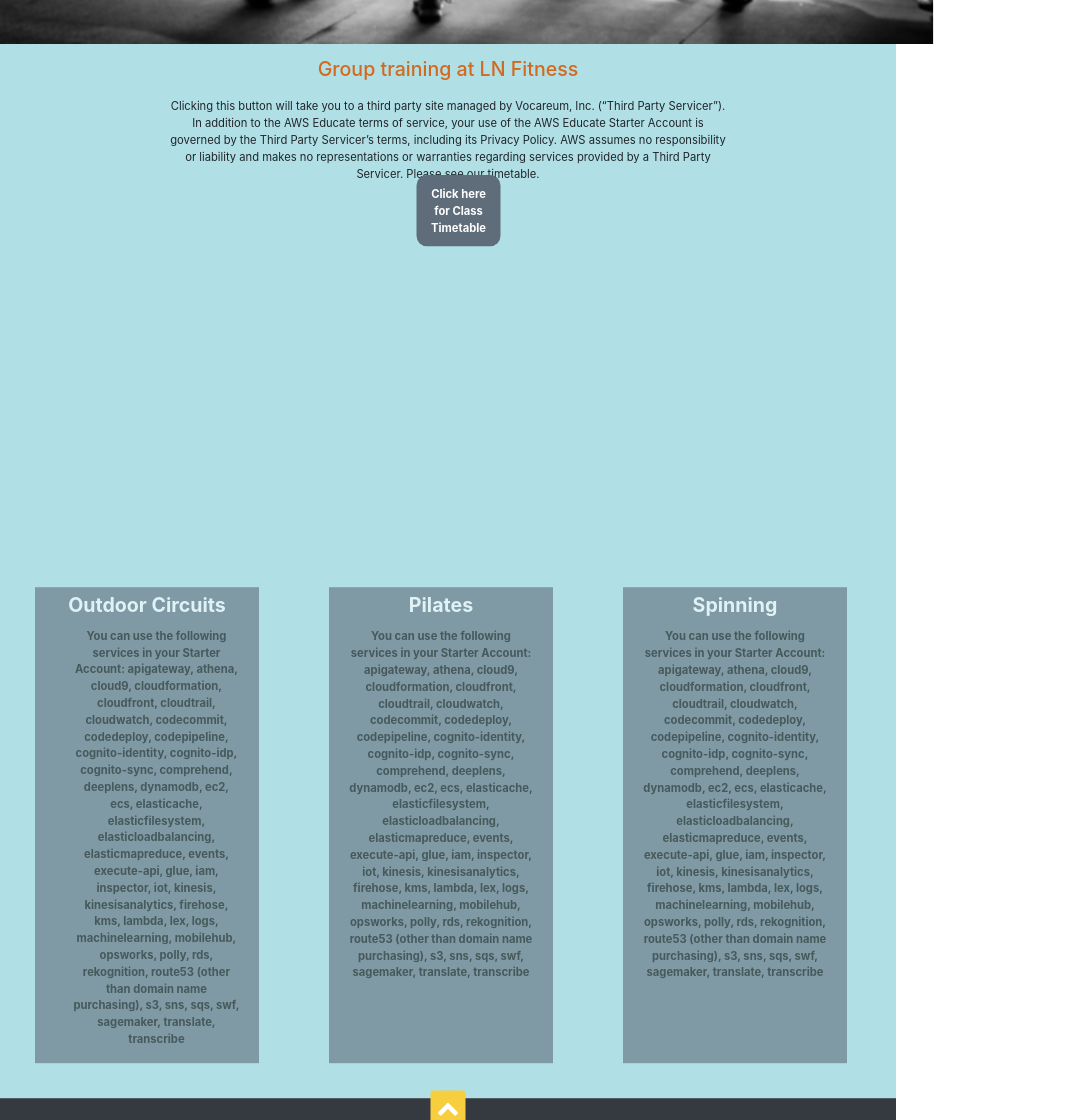
Repository: murphya14/Fitness-webpage
Page: group-training.html
The author's editor kept a record of every edit. The page is drawn from the files as they stood at one moment, then again after the next edit.
The browser window is 1280 px wide. The page is 1521 px wide, so the pictures cover 1521 px, including what lies to the right of the window. The pictures show the part of the page from y = 817 to 2417 px (the page is 2551 px tall before and 2503 px after), at 70% of full size.
Pictures or frames that could not be fetched are drawn as grey boxes.

Above is the page before.

### group-training.html
<!DOCTYPE html>
<html lang="en">

<head>
  <meta charset="UTF-8">
  <meta name="viewport" content="width=device-width, initial-scale=1.0">
  <meta http-equiv="X-UA-Compatible" content="ie=edge">
  <link rel="stylesheet" href="assets/css/style.css" />
  <link rel="stylesheet" href="https://stackpath.bootstrapcdn.com/bootstrap/4.3.1/css/bootstrap.min.css" <link rel="stylesheet" href="https://stackpath.bootstrapcdn.com/font-awesome/4.7.0/css/font-awesome.min.css" type="text/css" />
  <link rel="shortcut icon" type="image/x-icon" href="assets/favicon.ico">
  <link rel="stylesheet" href="https://cdnjs.cloudflare.com/ajax/libs/font-awesome/4.7.0/css/font-awesome.min.css">
  <link rel="stylesheet" type="text/css" href="//fonts.googleapis.com/css?family=Dancing+Script" />
  <title>Home</title>
</head>

<body>



  <header>
    <!-- Logo and Nav bar-->
    <!-- Used help from Stack overflow: https://stackoverflow.com/questions/23949804/how-to-change-link-color-bootstrap-->


    <nav class=" container-fliud navbar navbar-expand-lg navbar-custom  fixed-top navbar-light topnav">
      <div><a class="logo " href="index.html">
          <img src="assets/images/logo.png" alt="logo">
        </a></div>


      <div>
        <div>
          <ul class="nav justify-content-center container-fluid">

            <li class="nav-item">
              <a class="nav-link" href="index.html">Home</a>
            </li>
            <li class="nav-item ">
              <a class="nav-link" href="about.html">About</a>
            </li>
            <li class="nav-item  ">
              <a class="nav-link" href="personal-training.html">Personal Training</a>
              <li class="nav-item ">
                <a class="nav-link" id="active" href="group-training.html">Group Training</a>
              </li>
              <li class="nav-item ">
                <a class="nav-link" href="bookings.html">Bookings</a>
              </li>
              <li class="nav-item ">
                <a class="nav-link" href="get-in-touch.html">Get in Touch</a>
              </li>
          </ul>

        </div>
        <!-- Select menu for Nav bar for smaller devices-->

        <select id="select">
    <option value="index.html" >Home</div>
    <option value="about.html" >About</option>
    <option value="personal-training.html">Personal Training</option>
    <option value="group-training" selected="selected">Group Training</option>
    <option value="get-in-touch">Get in Touch</option>
  </select>

        <!-- Social links-->

        <div class="row no-gutters">
          <div class="col">

            <div class="nav-link">

              <ul class="list-inline social-links">
                <li class="list-inline-item">
                  <a target="_blank" href="#">
                            <i class="fa fa-facebook" aria-hidden="true"></i>
                            <span class="sr-only">Facebook</span>
                        </a>
                </li>
                <li class="list-inline-item">
                  <a target="_blank" href="#">
                            <i class="fa fa-twitter" aria-hidden="true"></i>
                            <span class="sr-only">Twitter</span>
                        </a>
                </li>


                <li class="list-inline-item">
                  <a target="_blank" href="#">
                            <i class="fa fa-instagram" aria-hidden="true"></i>
                            <span class="sr-only">Instagram</span>
                        </a>
                </li>

              </ul>
            </div>
          </div>
        </div>

    </nav>


  </header>

  <!-- Container for main image -->

  <div class="cotainer-fluid">
    <section class="section">



      <div class="row main-image">

        <div class="col-md-12 col-sm-3 image-about">
          <img src="assets/images/group.jpg" alt="Group Fitness">

          <h2 class="image-text">LN Fitness</h2>
        </div>
      </div>
  </div>
</div>
  <!-- Content for section -->

  <div class="container-fluid section">
    <div class="row">
      <div class="col-md-12 col-sm-12">
        <h3 class="section-heading">Group training at LN Fitness</h3>
        <p class="col-md-8 section-p-about">Clicking this button will take you to a third party site managed by Vocareum, Inc. (“Third Party Servicer”). In addition to the AWS Educate terms of service, your use of the AWS Educate Starter Account is governed by the Third Party Servicer’s
          terms, including its Privacy Policy. AWS assumes no responsibility or liability and makes no representations or warranties regarding services provided by a Third Party Servicer.</a>
          Please see our timetable.</p>

          <div class="row">
          <a href="newsletter_01.pdf" target="_blank" class="free-link section-link timetable-link">Click here for Class Timetable</a></div>
      </div>


<div class="row">
  <div class="col-md-12">
      <iframe src="https://player.vimeo.com/video/229291915" width="640" height="360" frameborder="0" allow="autoplay; fullscreen" allowfullscreen></iframe>
       </div>
</div>
    </div>

    <div class="row">


      <div class="transbox col-md-3 col-sm-12">
        <h3 class="box-heading"> Outdoor Circuits</h3>
        <div class="container">
          <p class="col-md-12 col-sm-12">You can use the following services in your Starter Account: apigateway, athena, cloud9, cloudformation, cloudfront, cloudtrail, cloudwatch, codecommit, codedeploy, codepipeline, cognito-identity, cognito-idp, cognito-sync, comprehend, deeplens,
            dynamodb, ec2, ecs, elasticache, elasticfilesystem, elasticloadbalancing, elasticmapreduce, events, execute-api, glue, iam, inspector, iot, kinesis, kinesisanalytics, firehose, kms, lambda, lex, logs, machinelearning, mobilehub, opsworks,
            polly, rds, rekognition, route53 (other than domain name purchasing), s3, sns, sqs, swf, sagemaker, translate, transcribe</p>
        </div>
      </div>





      <div class="transbox col-md-3 col-sm-12">
        <h3 class="box-heading"> Pilates</h3>
        <p>You can use the following services in your Starter Account: apigateway, athena, cloud9, cloudformation, cloudfront, cloudtrail, cloudwatch, codecommit, codedeploy, codepipeline, cognito-identity, cognito-idp, cognito-sync, comprehend, deeplens,
          dynamodb, ec2, ecs, elasticache, elasticfilesystem, elasticloadbalancing, elasticmapreduce, events, execute-api, glue, iam, inspector, iot, kinesis, kinesisanalytics, firehose, kms, lambda, lex, logs, machinelearning, mobilehub, opsworks, polly,
          rds, rekognition, route53 (other than domain name purchasing), s3, sns, sqs, swf, sagemaker, translate, transcribe</p>
      </div>

      <div class="transbox col-md-3 col-sm-12">
        <h3 class="box-heading"> Spinning</h3>
        <p>You can use the following services in your Starter Account: apigateway, athena, cloud9, cloudformation, cloudfront, cloudtrail, cloudwatch, codecommit, codedeploy, codepipeline, cognito-identity, cognito-idp, cognito-sync, comprehend, deeplens,
          dynamodb, ec2, ecs, elasticache, elasticfilesystem, elasticloadbalancing, elasticmapreduce, events, execute-api, glue, iam, inspector, iot, kinesis, kinesisanalytics, firehose, kms, lambda, lex, logs, machinelearning, mobilehub, opsworks, polly,
          rds, rekognition, route53 (other than domain name purchasing), s3, sns, sqs, swf, sagemaker, translate, transcribe</p>
      </div>


    </div>

  </div>




  </div>
  </div>
  </section>
  </div>




  <!-- footer-->

  <footer id="footer" class="container-fluid py-4 bg-dark text-white-50">
    <div class="row">

      <div class="col-sm-4 text-footer">
        <small>2019 Copyright &copy; AM</small></div>

      <div class="col-sm-4 "><a id="button"></a></div>


      <div class="col-sm-4">

        <!-- footer social media links-->
        <div class="footer-link">
          <h5 class="uppercase general-sub">Connect</h5>
          <ul class="list-inline social-links">
            <li class="list-inline-item">
              <a target="_blank" href="#">
                            <i class="fa fa-facebook" aria-hidden="true"></i>
                            <span class="sr-only">Facebook</span>
                        </a>
            </li>
            <li class="list-inline-item">
              <a target="_blank" href="#">
                            <i class="fa fa-twitter" aria-hidden="true"></i>
                            <span class="sr-only">Twitter</span>
                        </a>
            </li>


            <li class="list-inline-item">
              <a target="_blank" href="#">
                            <i class="fa fa-instagram" aria-hidden="true"></i>
                            <span class="sr-only">Instagram</span>
                        </a>
            </li>

          </ul>
        </div>

      </div>

  </footer>


  <!--------------Back to top button created with help from https://www.templatemonster.com/blog/back-to-top-button-css-jquery/--->
  <script src="https://code.jquery.com/jquery-3.4.1.slim.min.js"></script>
  <script src="https://cdnjs.cloudflare.com/ajax/libs/popper.js/1.15.0/umd/popper.min.js"></script>
  <script src="https://stackpath.bootstrapcdn.com/bootstrap/4.3.1/js/bootstrap.min.js"></script>


  <script>
    jQuery(document).ready(function() {

      var btn = $('#button');

      $(window).scroll(function() {
        if ($(window).scrollTop() > 300) {
          btn.addClass('show');
        }
        else {
          btn.removeClass('show');
        }
      });

      btn.on('click', function(e) {
        e.preventDefault();
        $('html, body').animate({ scrollTop: 0 }, '300');
      });

    });
  </script>




</body>

</html>

### assets/css/style.css
/*----------------------------------------------- Colours*/

.nav-link {
    color: #00ccff;
}

#active {
    color: #5F6C7A;
}

.navbar {
    background:#f7ce3e ;

}


li a:hover {
    color: #f7ce3e;
}

/*--------------------------------------------- General*/

body {font-size: 17px;
    font-family: "arial", sans-serif;
    margin: 0; padding: 0; overflow-x:hidden;
}

.center {
  display: block;
  margin-left: auto;
  margin-right: auto;
  width: 50%;
}


.inline-block {
    display: inline-block;
}







.highlight {color:#D2691E;
    padding:0;
    margin:0;
}








/*--------------------------------------------- Nav bar*/

nav ul {
    padding: 8px;
    margin-right: 0;
    display: block;
    font-size: 20px;
    font-weight: 600;



}

.logo {
    position: static;
    background: url("../images/rosie.jpg");
    background-position: center;
    background-repeat: no-repeat;
    margin-right:40px;
    padding-top: 10px;
    padding-left: 10px;
    min-height: 100px;
    transition: all .5s ease-in-out;
    -moz-transition: all .5s ease-in-out;
    -webkit-transition: all .5s ease-in-out;
    height: 10%;
    width: 25%;
}

.header {
    position: fixed;
    top: 0;
    left: 0;
    right: 0;
    background-color: #e84610;
    padding: 15px 25px;

}

nav select {
    display: none;
    background-color: #77C9D4;
    color: white;
    border: 1px solid #778899;
   position: relative;
   cursor: pointer;
   top: 100%;
  left: 0;
  right: 0;
  z-index: 99;

}

#select {color: #f7ce3e;
    background-color: #5F6C7A;
}


.nav-link
{color: #0A1612;
text-align: center;
padding: 8px;
    margin-right: 0;
    display: block;

    font-size:33;
    font-weight: 500;
    padding-left: 5px;
      transition: all 0.35s ease-in-out;
    -moz-transition: all 0.35s ease-in-out;
    -webkit-transition: all 0.35s ease-in-out;
    -o-transition: all 0.35s ease-in-out;
    max-width:100%;

}
/*-------------------------Social links*/
nav a {color:#5F6C7A;}

nav a:hover {
    color: white;
}

/*-------------------------------------------Section*/

/*-------------------------Section Image*/

.main-image {max-width:100%;
    height:100%;
    padding-left:0;
    padding-right:0;
    position: relative;
    transform: translate(0%, +10%);
 }

.image-text {
   position: absolute;
   top: 250px;
   left: 70%;
   width: 100%;
   color:#13BA61;
   font-family: "Dancing Script";
   font-size: 48px;
   font-variant: normal;
   font-weight: 700;
   line-height: 26.4px;
   text-shadow: 2px 2px 2px #000;
    transform: translate(-50%, -50%);
 }


/*------------------Index.html*/
 .section {background-color:#B0E0E6;
  text-align: center;


     max-width:100%;
 }

.section-heading {color: #D2691E;
            text-align: center;
            margin-top:100px;
}

.section-p {padding:12px;
margin:10px;
    padding-bottom: 50px;
;


}

.section-p-about {padding:15px;
    text-align: center;
     width:75%;
}



.free-link {text-align: center;
    font-weight: 700;
    background-color: #5F6C7A;
    font:white;
    padding:15px;
    margin:15px;
    border-radius:15px;

  bottom: 5px;
  right: 30px;
  transition: background-color .3s;
  z-index: 1000;
  position: relative;
   left: 50%;

     transform: translate(-50%,-50%);


}

.section-link {color:white;
 width:120px;


}


.section a:hover {color:#f7ce3e;
text-decoration:none;

}

/*------------------About.html*/


/* With help from https://www.w3schools.com/css/tryit.asp?filename=trycss_transparency*/

div.transbox {
  margin: 50px;

  background-color: #5F6C7A;
  border: none;
  opacity: 0.6;
  filter: alpha(opacity=60);
  padding: 10px;
}

div.transbox p {
  margin: 5%;
  font-weight: bold;
  color: #000000;
}

.box-heading {font-weight:700;
color:white;}


/*------------------personal-training.html*/

.col-md-10 {transform: translate(+5%,0);}

.transbox-testimony {height:400px;
    transform: translate(+8%,0);
}

.testimony {transform: translate(+12%, +12%);}

/*------------------group-trainig.html*/

iframe {transform: translate(+50%, 0%);}


/*--------------------------------------------- footer*/

#button {
  text-align: center;
  display: inline-block;
  background-color: #f7ce3e;
  width: 50px;

  border-radius: 4px;
  bottom: 10px;
  right: 30px;
  transition: background-color .3s;
  z-index: 1000;
  position: relative;
   left: 50%;

     transform: translate(-50%,-50%);


}


#button:hover {
  cursor: pointer;
  background-color: #333;
}
#button:active {
  background-color: #555;
}

#button::after {
  content: "\f077";
  font-family: FontAwesome;
  font-weight: normal;
  font-style: normal;
  font-size: 2em;
  line-height: 50px;
  color: #fff;
}

.footer-link
{color: white;
text-align: right;

    float: none;
    padding-bottom: 15px;
    padding-right: 30px;
    padding-top:30px;
    font-size:33;
    font-weight: 500;
    padding-left: 5px;
      transition: all 0.35s ease-in-out;
    -moz-transition: all 0.35s ease-in-out;
    -webkit-transition: all 0.35s ease-in-out;
    -o-transition: all 0.35s ease-in-out;

}

footer a {color:white;}

 footer  a:hover {
    color: #f7ce3e;
}

.text-footer {float: left;
padding-bottom: 5px;
text-align: left;

}

#footer { min-height: 120px;

    margin: 0;
    padding: 20px;
    max-width:100%;}



/*------------- Responsive design*/

/* Extra small devices (phones, 600px and down) */


@media only screen and (max-width: 600px) {

/*------------------------------------- Changing the menu to a select bar for smaller screens*/
  .topnav {display: none;
    }
    nav select {
        display: inline-block;
        width: 55%;
        height: 25%;
          border-radius: 4px;
        position: left;
    }
    .nav-item {
        display: none;
    }
    .logo {
        position: right;
        height: 80%;
    }
}






/* Small devices (portrait tablets and large phones, 600px and up) */

@media only screen and (min-width: 600px) {}

/* Medium devices (landscape tablets, 768px and up) */

@media only screen and (min-width: 768px) {
.section-p-about {  transform: translate(25%, 0);}
}

/* Large devices (laptops/desktops, 992px and up) */

@media only screen and (min-width: 992px) {
    ...
}

/* Extra large devices (large laptops and desktops, 1200px and up) */

@media only screen and (min-width: 1200px)
}

After the next edit:
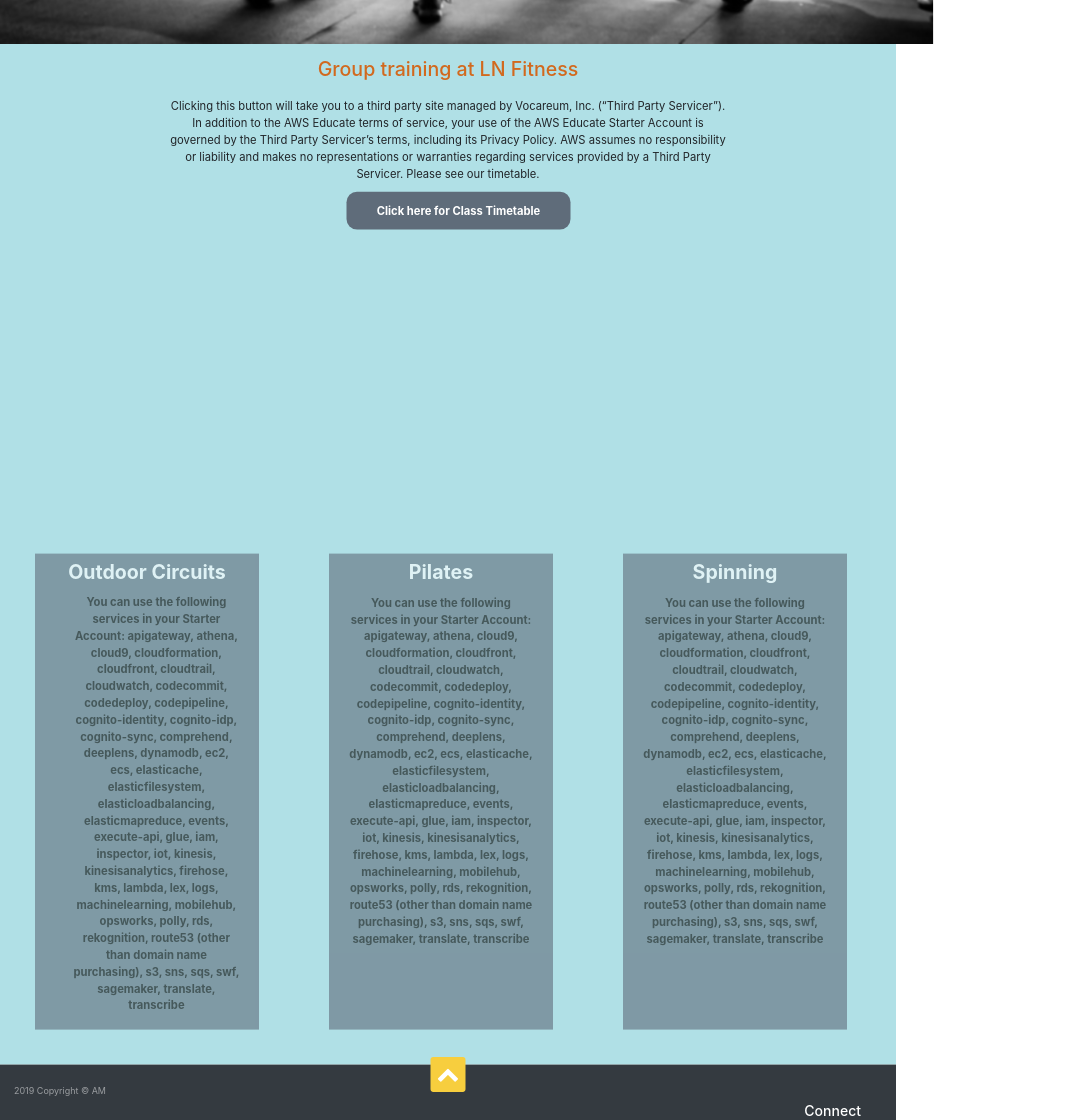
The edit:
--- a/assets/css/style.css
+++ b/assets/css/style.css
@@ -263,6 +263,12 @@
 /*------------------group-trainig.html*/
 
 iframe {transform: translate(+50%, 0%);}
+
+.timetable-link {
+transform: translate(-50%%,+40%);
+    width: 25%;
+}
+
 
 
 /*--------------------------------------------- footer*/
